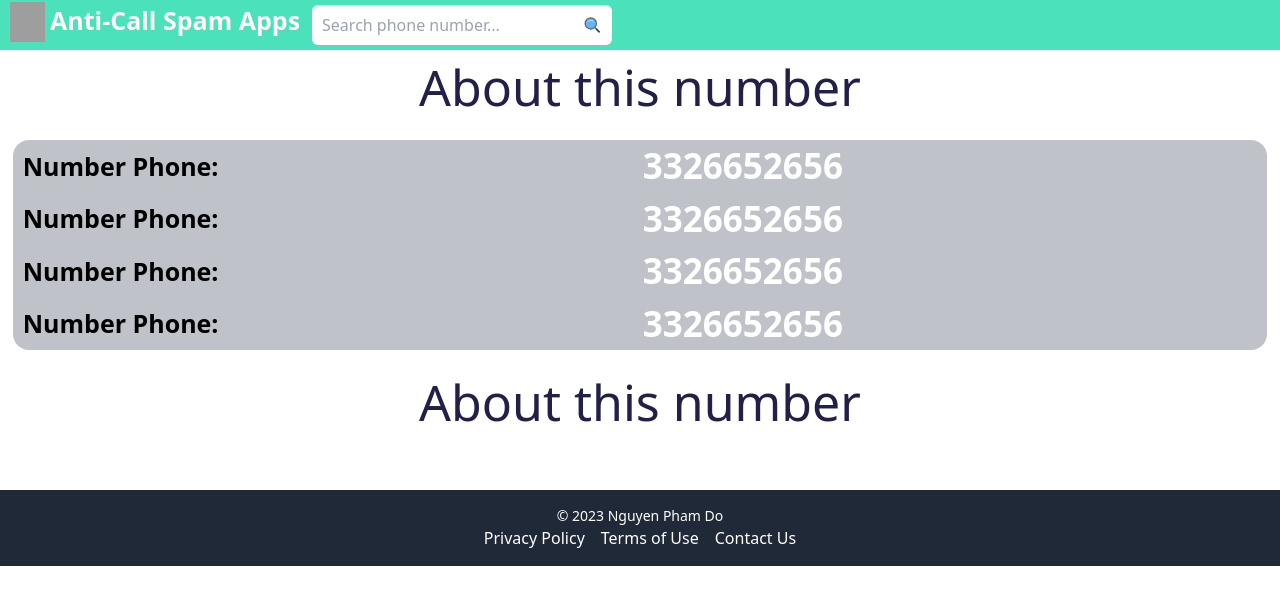
Repository: NPham1402/Web-user-callSpamBlocker
Page: /detail
The author's editor kept a copy of each file at every save. The page is drawn from the files as they stood at one save, then again after the next save.
The browser window is 1280 px wide. The pictures show the whole page.
Pictures or frames that could not be fetched are drawn as grey boxes. The page's requests for data from a server got no answer. The project was rebuilt for these pictures with package versions that can differ from the ones it lists, and the page was loaded fresh each time. The framework's server and built-in components were replaced by stand-ins that run in the browser. No one was signed in, and anything a server would have sent is missing. Also part of the build but not shown: next.config.js.

Above is the page before, as saved 2023-02-13 16:05:54.

After the next save:
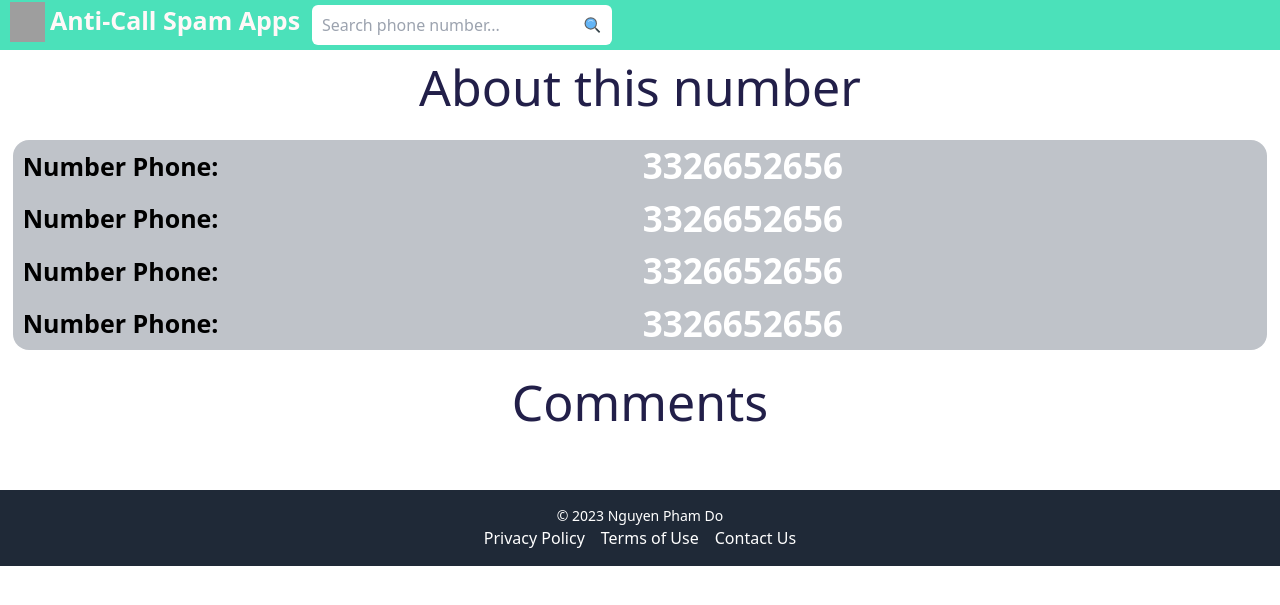
Saved 16 s later.
--- a/pages/detail.js
+++ b/pages/detail.js
@@ -64,7 +64,7 @@ function detail() {
           />
         </div>
         <p className=" font-medium text-[50px] text-center text-[#221f49] ">
-          About this number
+          Comments
         </p>
       </main>
       <footer className="bg-gray-800 mt-[50px] text-white py-4">
